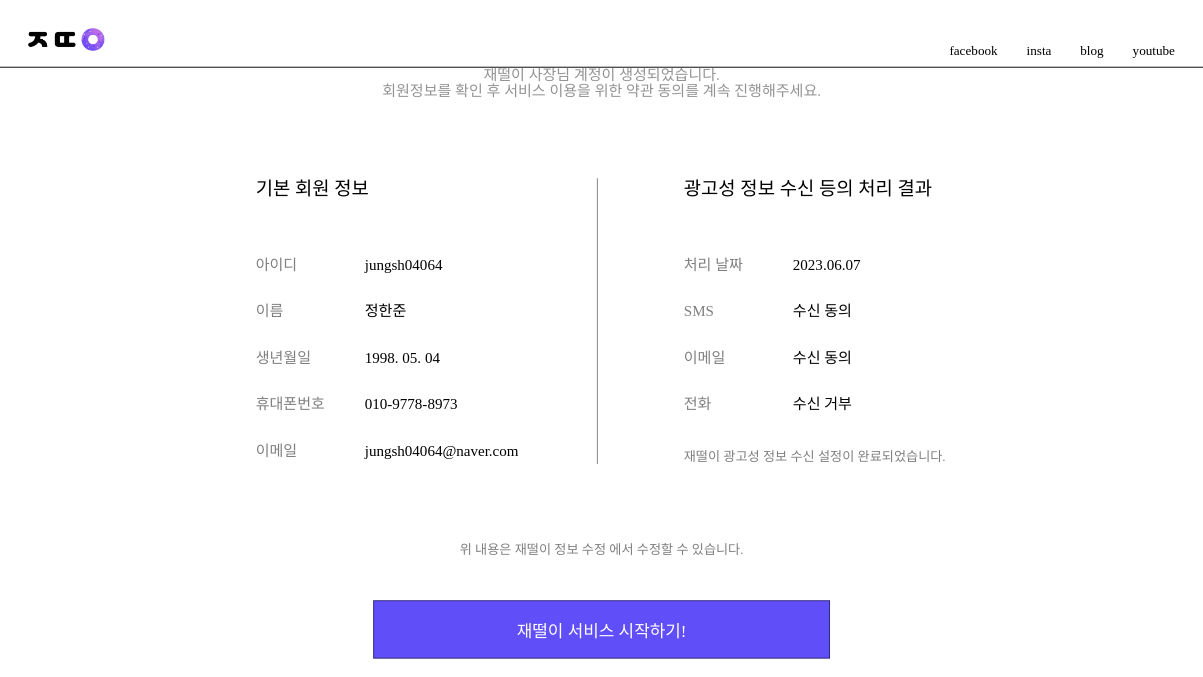
Repository: raoniee/Jaetteoli-React-Project
Page: /signup/complete
These files come from the project's save history. The page is drawn as it stood at one moment and after the next save; the edit follows.
The browser window is 1280 px wide. The pictures show the whole page, at 94% of full size.
Some web fonts or font styles are not loaded; a fallback is used. The project was rebuilt for these pictures with package versions that can differ from the ones it lists, and the page was loaded fresh each time. Also part of the build but not shown: src/component/main/ManageReview.module.css, src/component/main/ReviewContainer.module.css, src/component/main/ReviewItem.module.css, src/component/main/ReviewItem.js, src/component/main/ReviewContainer.js, src/component/sidebar/SideBar.module.css, src/component/sidebar/SideBar.js, src/component/main/ManageReview.js and 53 more.

Above is the page before, as saved 2023-07-06 21:51:54.

### public/index.html
<!DOCTYPE html>
<html lang="en">
<script src="//t1.daumcdn.net/mapjsapi/bundle/postcode/prod/postcode.v2.js"></script>
<head>
  <meta charset="utf-8" />
  <link rel="icon" href="%PUBLIC_URL%/favicon.ico" />
  <meta name="viewport" content="width=device-width, initial-scale=1" />
  <meta name="theme-color" content="#000000" />
  <meta name="description" content="Web site created using create-react-app" />
  <link rel="apple-touch-icon" href="%PUBLIC_URL%/logo192.png" />
  <link rel="manifest" href="%PUBLIC_URL%/manifest.json" />
  <title>재떨이</title>
</head>

<body>
  <div id="overlays"></div>
  <div id="root"></div>
</body>

</html>

### src/App.js
import Header from "./component/header/Header";
import ManageReview from "./component/main/ManageReview";
import TodayMenu from "./component/main/TodayMenu";
import TodayOrder from "./component/main/TodayOrder";
import ManageSale from "./component/main/ManageSale";

// Membership
import MembershipStart from "./component/memberShip/MembershipStart";
import MembershipInformation from "./component/memberShip/MembershipInformation";
import MembershipEnd from "./component/memberShip/MembershipEnd";

// login
import LoginStart from "./component/login/LoginStart";
import IDSearch from "./component/login/IDSearch";
import IDShow from "./component/login/IDShow";
import PasswordNew from "./component/login/PasswordNew";

import Regist1 from "./component/register/Regist1";
import Regist2 from "./component/register/Regist2";
import Regist3 from "./component/register/Regist3";

import { RouterProvider, createBrowserRouter } from "react-router-dom";
import SideBar from "./component/sidebar/SideBar";
import Home from "./component/home/Home";

const router = createBrowserRouter([
  { path: "/", element: <Home /> },
  // Membership
  { path: "/signup/agree", element: <MembershipStart /> },
  { path: "/signup/begin", element: <MembershipInformation /> },
  { path: "/signup/complete", element: <MembershipEnd /> },
  // login
  { path: "/login", element: <LoginStart /> },
  { path: "/help", element: <IDSearch /> },
  { path: "/help/complete", element: <IDShow /> },
  { path: "/help/new-pw", element: <PasswordNew /> },
  //
  { path: "/today/menu", element: <TodayMenu /> },
  { path: "/today/order", element: <TodayOrder /> },
  { path: "/review", element: <ManageReview /> },
  { path: "/sales", element: <ManageSale /> },
  { path: "/register/store", element: <Regist1 /> },
  { path: "/register/menu", element: <Regist2 /> },
  { path: "/register/origin", element: <Regist3 /> },
]);

function App() {
  return <RouterProvider router={router} />;
}

export default App;

### src/store/index.js
import React from 'react';
import { configureStore } from '@reduxjs/toolkit';
import authReducer from './auth'

export default configureStore({
    reducer: {
        auth: authReducer
    },
})

### src/component/header/Header.js
import Nav from './Nav';
import style from './Header.module.css'
import logo from '../../assets/images/logo.png'

const Header = () => {
    return (
        <header>
            <div className={style.logo}>
                <img className={style.logoImg} src={logo}></img>
            </div>
            <Nav />
        </header>
    )
}

export default Header;

### src/component/memberShip/MembershipEnd.jsx
import React from "react";
import Footer from "../footer/Footer";
import Header from "../header/Header";
import style from "./MembershipEnd.module.css";

export default function MembershipEnd() {
  return (
    <div className={style.container}>
      <Header />
      <div className={style.MembershipEnd}>
        <span className={style.title}>재떨이 사장님 가입을 축하드립니다!</span>
        <p className={style.title_desc}>
          재떨이 사장님 계정이 생성되었습니다.
          <br />
          회원정보를 확인 후 서비스 이용을 위한 약관 동의를 계속 진행해주세요.
        </p>

        <div className={style.wrap}>
          <div className={style.left}>
            <span>기본 회원 정보</span>
            <div className={style.profile}>
              <ul className={style.profile_left}>
                <li>아이디</li>
                <li>이름</li>
                <li>생년월일</li>
                <li>휴대폰번호</li>
                <li>이메일</li>
              </ul>
              <ul className={style.profile_right}>
                <li>jungsh04064</li>
                <li>정한준</li>
                <li>1998. 05. 04</li>
                <li>010-9778-8973</li>
                <li>jungsh04064@naver.com</li>
              </ul>
            </div>
          </div>

          <div className={style.right}>
            <span>광고성 정보 수신 등의 처리 결과</span>
            <div className={style.result}>
              <ul className={style.result_left}>
                <li>처리 날짜</li>
                <li>SMS</li>
                <li>이메일</li>
                <li>전화</li>
              </ul>
              <ul className={style.result_right}>
                <li>2023.06.07</li>
                <li>수신 동의</li>
                <li>수신 동의</li>
                <li>수신 거부</li>
              </ul>
            </div>

            <p>재떨이 광고성 정보 수신 설정이 완료되었습니다.</p>
          </div>
        </div>

        <p className={style.correction}>
          위 내용은 재떨이 정보 수정 에서 수정할 수 있습니다.
        </p>
        <button className={style.bluebutton}>재떨이 서비스 시작하기!</button>
      </div>
      <Footer />
    </div>
  );
}

### src/store/auth.js
import { createSlice } from '@reduxjs/toolkit';

const initialStateValue = { jwt: '', name: '', firstLogin: 1, menuRegister: 1 }

export const authSlice = createSlice({
    name: "auth",
    initialState: { value: { jwt: '', name: '', firstLogin: 1, menuRegister: 1 } },
    reducers: {
        login: (state, action) => {
            state.value = action.payload
        },
        logout: (state) => {
            state.value = initialStateValue
        }
    },
});

export default authSlice.reducer;
export const { login, logout } = authSlice.actions;

### src/component/header/Nav.js
import style from './Nav.module.css'

const Nav = () => {
    return(
        <nav className={style.nav}>
            <ul className={style.navList}>
                <li>facebook</li>
                <li>insta</li>
                <li>blog</li>
                <li>youtube</li>
            </ul>
        </nav>
    )
}

export default Nav;

### src/component/header/Header.module.css
header {
    font-family: "Pretendard-SemiBold";
    width: 100%;
    height: 72px;
    display: flex;
    align-items: flex-end;
    justify-content: space-between;
    padding: 10px 30px;
    box-sizing: border-box;
    position: fixed;
    top: 0;
    left: 0;
    background-color: white;
    z-index: 1;
    border-bottom: 1px solid black;
}

.logoImg {
    width: 81px;
    height: 24px;
    margin-bottom: 4px;
}

### src/component/footer/Footer.jsx
import React from "react";
import style from "./Footer.module.css";
import { ReactComponent as ArrowDown } from '../../assets/images/arrow_down.svg'

export default function Footer() {
  return (
    <footer>
      <ul className={style.top}>
        <li>이용약관</li>
        <li>개인정보처리방침</li>
        <li>
          <p>자세히</p>
          <ArrowDown></ArrowDown>
        </li>
      </ul>
      <ul className={style.bottom}>
        <li>대표번호 010-9778-8973</li>
        <li>ⓒJaetteoli Corp.</li>
      </ul>
    </footer>
  );
}

### src/component/memberShip/MembershipEnd.module.css
.container {
  display: flex;
  flex-direction: column;
}

.MembershipEnd {
  position: absolute;
  top: 50%;
  left: 50%;
  transform: translate(-50%, -50%);
}

.title {
  display: block;
  text-align: center;
  font-weight: 300;
  font-size: 24px;
  line-height: 26.4px;
  margin-bottom: 25px;
}

.title_desc {
  font-weight: 300;
  font-size: 16px;
  line-height: 17.6px;
  text-align: center;
  color: rgba(147, 147, 147, 1);
  margin-bottom: 83px;
}

.wrap {
  display: flex;
  width: 736px;
  margin-bottom: 84px;
}

.wrap span {
  display: block;
  font-weight: 300;
  font-size: 20px;
  line-height: 22px;
  margin-bottom: 62px;
}

.left {
  width: 396px;
  border-right: 1px solid rgba(0, 0, 0, 0.5);
}

.profile {
  display: flex;
}

.profile_left {
  display: flex;
  flex-direction: column;
  gap: 32px;
  width: 116px;

  font-size: 300;
  font-size: 16px;
  line-height: 17.6px;
  color: rgba(0, 0, 0, 0.5);
}

.profile_right {
  display: flex;
  flex-direction: column;
  gap: 32px;
  font-size: 300;
  font-size: 16px;
  line-height: 17.6px;
  color: rgba(0, 0, 0, 1);
}

.right {
  width: 396px;
  padding-left: 91px;
}

.result {
  display: flex;
  margin-bottom: 39px;
}

.result_left {
  display: flex;
  flex-direction: column;
  gap: 32px;
  width: 116px;

  font-size: 300;
  font-size: 16px;
  line-height: 17.6px;
  color: rgba(0, 0, 0, 0.5);
}

.result_right {
  display: flex;
  flex-direction: column;
  gap: 32px;
  font-size: 300;
  font-size: 16px;
  line-height: 17.6px;
  color: rgba(0, 0, 0, 1);
}

.right p {
  font-size: 14px;
  line-height: 15.4px;
  color: rgba(0, 0, 0, 0.5);
}

.correction {
  font-size: 14px;
  line-height: 15.4px;
  color: rgba(0, 0, 0, 0.5);
  text-align: center;
}

.bluebutton {
  display: block;
  margin: 0 auto;
  width: 486px;
  height: 62px;
  background-color: rgba(96, 78, 248, 1);
  border: 1px solid rgba(0, 0, 0, 0.5);
  color: rgba(255, 255, 255, 1);
  margin-top: 45px;
}

### src/component/header/Nav.module.css
.nav {
    font-family: "Pretendard-Regular";
    font-size: 14px;
}

.navList {
    width: 240px;
    display: flex;
    justify-content: space-between;
}

### src/component/memberShip/AgreeAlert.module.css
* {
  font-family: "Fira Sans";
  box-sizing: border-box;
}

.wrap {
  position: absolute;
  top: 50%;
  left: 50%;
  transform: translate(-50%, -50%);
  width: 771px;
  height: 568px;
}

.top {
  display: flex;
  justify-content: space-between;
  background-color: #604ef8;
  height: 55.8px;
}

.top .title {
  font-weight: 500;
  font-size: 14px;
  line-height: 55.8px;
  color: #ffffff;
  margin-left: 31px;
}

.top .close {
  margin-top: 22px;
  margin-right: 32px;
  cursor: pointer;
}

.middle {
  background: white;
  padding: 20px 30px;
}

.middle .information ul {
  display: flex;
  margin-bottom: 15px;
}

.middle .information ul li {
  font-weight: 500;
  font-size: 13px;
  line-height: 15.6px;
}

.middle .information ul li:nth-child(1) {
  flex-grow: 15;
}
.middle .information ul li:nth-child(2) {
  text-align: right;
  flex-grow: 1;
}
.middle .information ul li:nth-child(3) {
  text-align: right;
  flex-grow: 1;
}

.middle .information p {
  padding: 10px 7px;
  height: 360.97px;
  font-weight: 400;
  font-size: 11px;
  line-height: 13.2px;
  border: 1px solid #dadada;
  overflow-y: scroll;
}

.bottom {
  position: relative;
  height: 82px;
  background-color: #f6f6f6;
}

.bottom button {
  position: absolute;
  bottom: 21px;
  right: 30.5px;
  width: 97.5px;
  height: 31px;
  border: 1px solid #604ef8;
  border-radius: 5px;
  cursor: pointer;
}

### src/component/footer/Footer.module.css
/* * {
  outline: 1px solid #363;
} */

footer {
  height: 71px;
  font-weight: 300;
  font-size: 13px;
  line-height: 14.3px;
}

footer ul {
  display: flex;
}

.top {
  width: 220px;
  gap: 14px;
  margin: 0 auto;
}

.top li {
  display: flex;
}

.top li p {
  margin-right: 10px;
}

.bottom {
  width: 261px;
  gap: 18px;
  margin: 0 auto;
}

### src/component/home/Login.module.css
.btnContainer {
    width: 276px;
    height: 48px;
    display: flex;
    justify-content: space-around;
}

button {
    width: 114px;
    height: 48px;
    border: 2px solid #604EF8;
    font-family: 'Pretendard-Regular';
    font-size: 18px;
}

.login {
    background-color: white;

}

.signup {
    background-color: #604EF8;
    color: white;
}

Loaded but not shown: src/index.js (common file); src/index.css (common file)

After the next save:
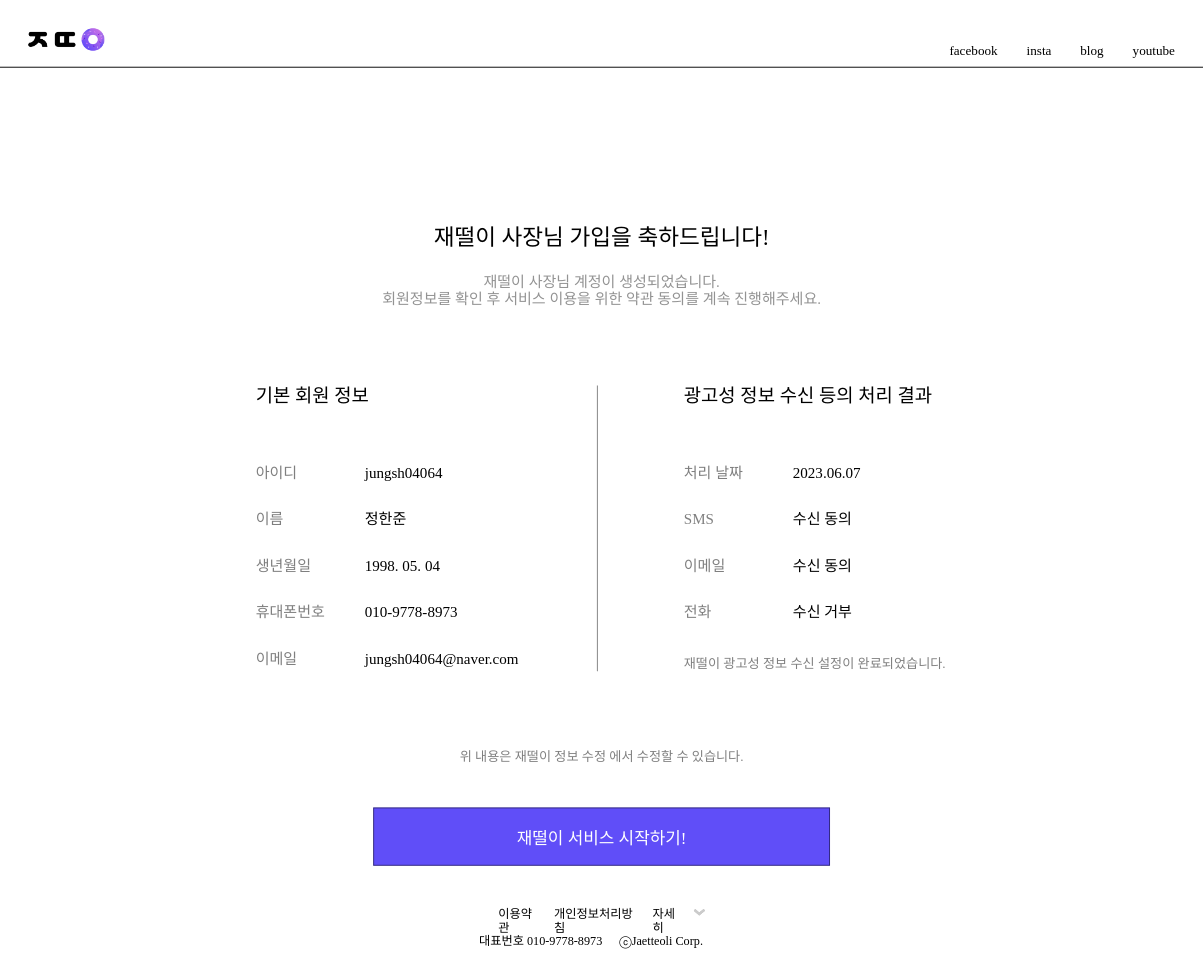
Saved 20 s later.
--- a/src/component/memberShip/MembershipEnd.module.css
+++ b/src/component/memberShip/MembershipEnd.module.css
@@ -4,10 +4,10 @@
 }
 
 .MembershipEnd {
-  position: absolute;
-  top: 50%;
-  left: 50%;
-  transform: translate(-50%, -50%);
+  display: block;
+  margin: 0 auto;
+  margin-top: 240px;
+  margin-bottom: 45px;
 }
 
 .title {
